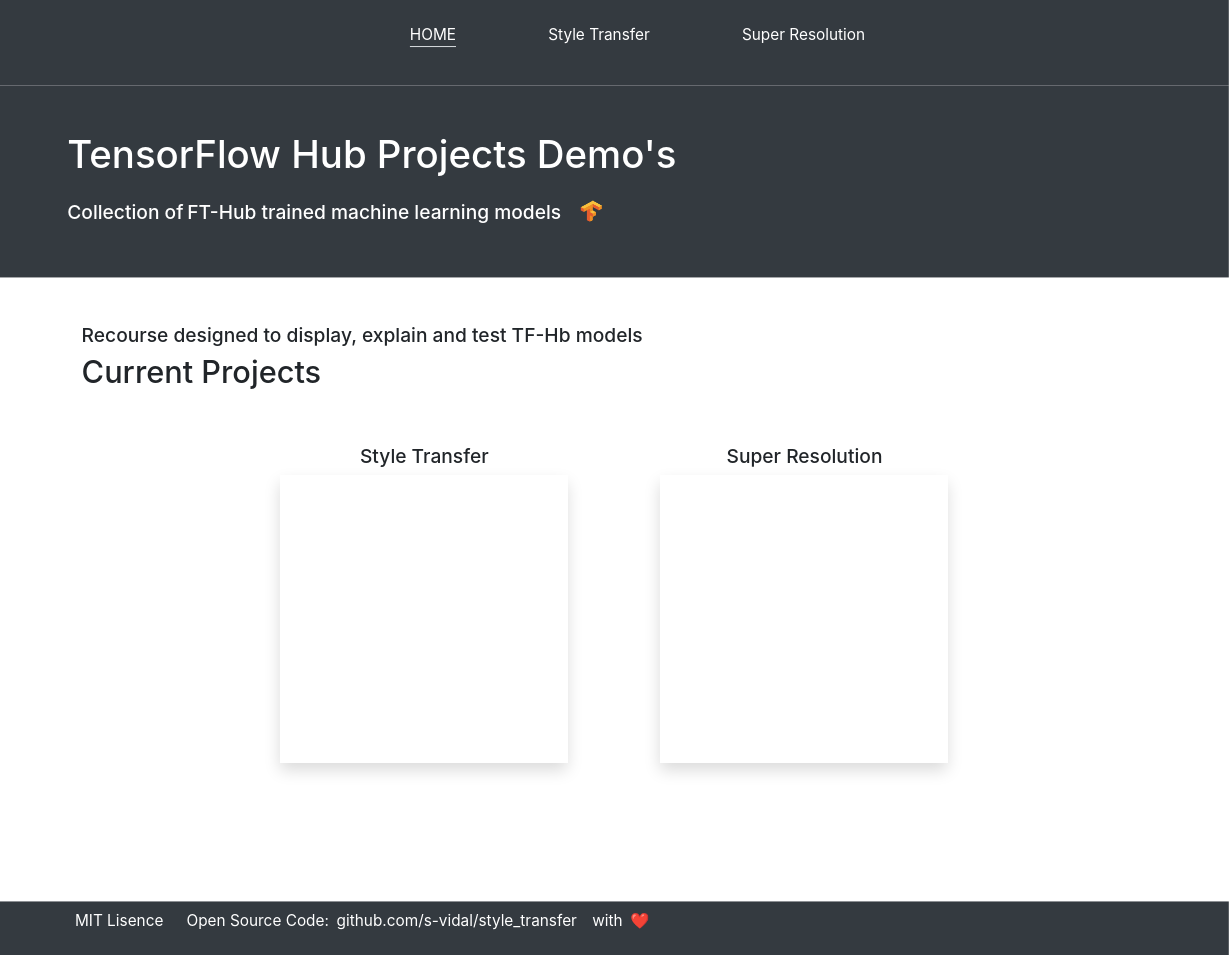
Repository: s-vidal/style_transfer
Page: / (app in client/)
An editor plug-in stored every save of this project. The page is shown before and after a run of saves, followed by the edit.
The browser window is 1280 px wide. The pictures show the whole page, at 96% of full size.
The page's requests for data from a server got no answer. The project was rebuilt for these pictures with package versions that can differ from the ones it lists, and the page was loaded fresh each time. A package was used in the major version that the imports need, not the one package.json lists. No one was signed in, and anything a server would have sent is missing. Also part of the build but not shown: client/src/components/DropZone.jsx, client/src/lib/api.js, client/src/components/Inference.jsx, client/src/components/Header.jsx, client/src/pages/StyleTransfer.jsx, client/src/pages/SuperResolution.jsx.

Above is the page before, as saved 2020-09-30 16:20:51.

After the next 2 saves:
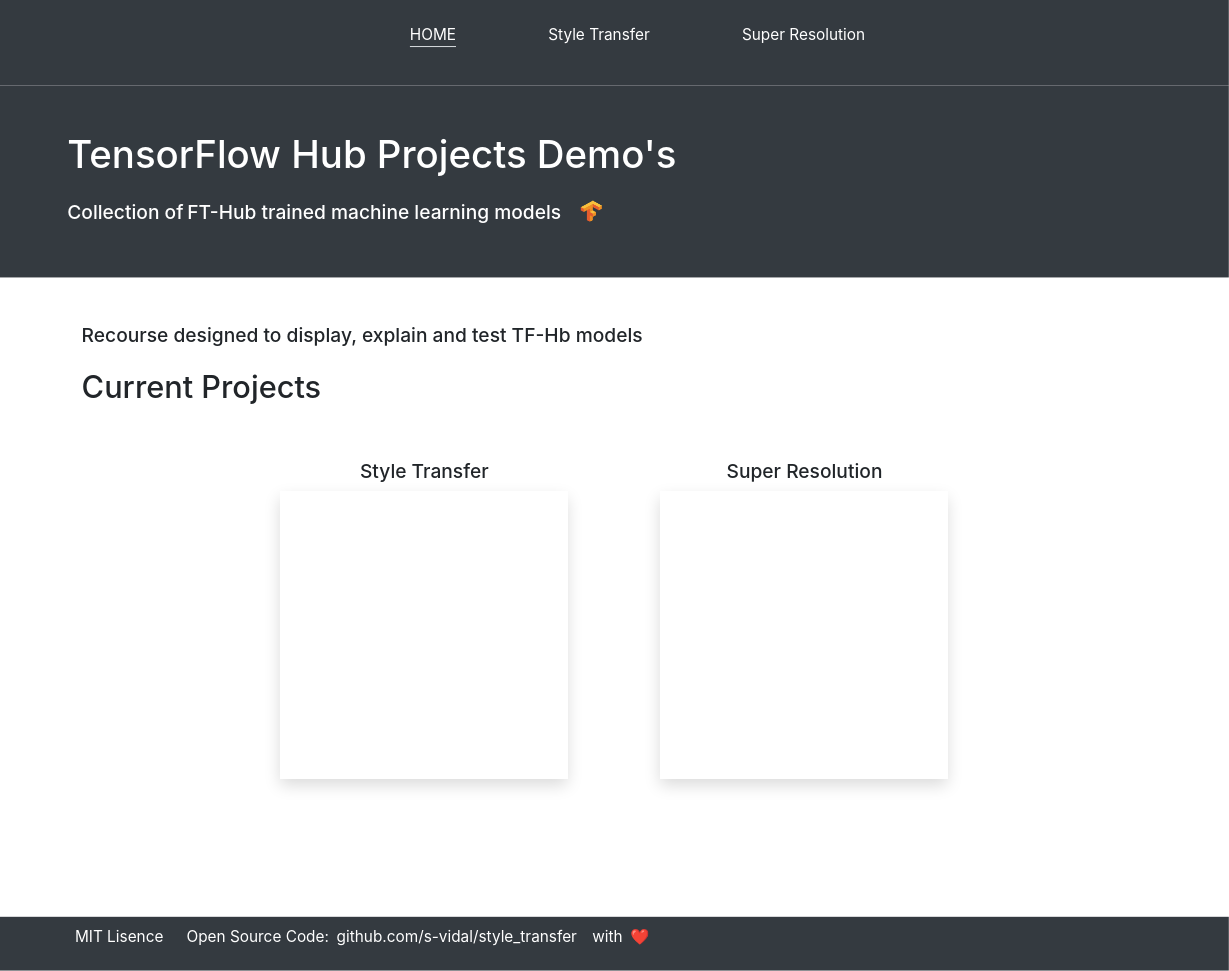
The 2 saves are shown as one change because they came seconds apart.
The last was saved 65 s later.
--- a/client/src/pages/HomePage.jsx
+++ b/client/src/pages/HomePage.jsx
@@ -29,7 +29,7 @@
       </div>
       <div className="vh-59 p-5 pb-0">
         <div className="container">
-          <h5>Recourse designed to display, explain and test TF-Hb models</h5>
+          <h5 className="mb-4">Recourse designed to display, explain and test TF-Hb models</h5>
           <div>
             <h2 className="mt-2">Current Projects</h2>
           </div>
